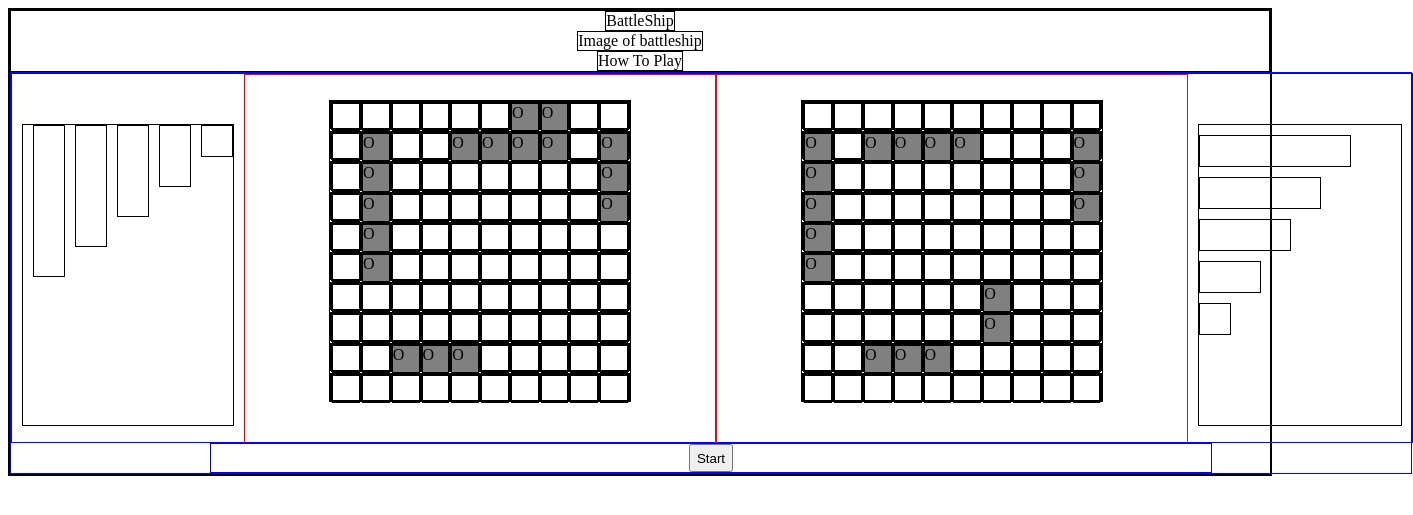
Repository: J-Haze/BattleshipApp
Page: /
An editor plug-in stored every save of this project. The page is shown before and after the next save, followed by the edit.
The browser window is 1280 px wide. The page is 1413 px wide, so the pictures cover 1413 px, including what lies to the right of the window. The pictures show the whole page.
The project was rebuilt for these pictures with package versions that can differ from the ones it lists, and the page was loaded fresh each time. Also part of the build but not shown: src/index.css.

Above is the page before, as saved 2020-09-23 20:49:18.

After the next save:
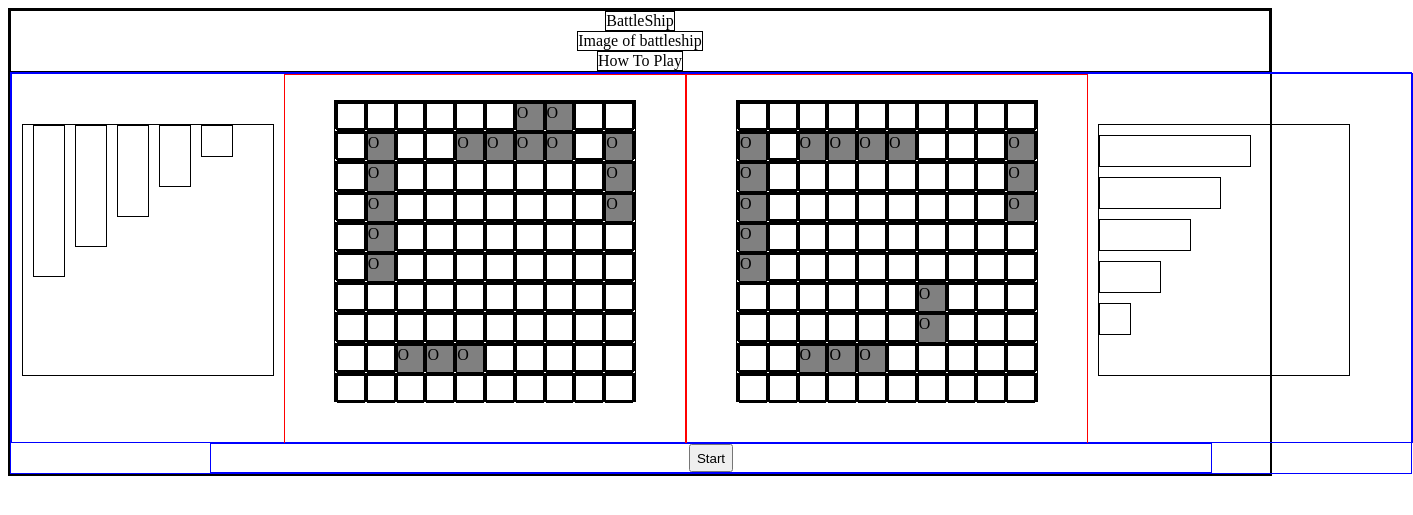
Saved 10 min 40 s later.
--- a/src/App.css
+++ b/src/App.css
@@ -33,7 +33,7 @@ div {
 }
 
 .column{
-    width: 50%;
+    width: 400px;
     height: 100%;
     border: 1px solid red;
 }
@@ -120,8 +120,8 @@ div {
 }
 
 .fleet-horizontal{
-    height: 300px;
-    width: 300px;
+    height: 250px;
+    width: 250px;
     margin-top: 50px;
     margin-left: 10px;
     margin-right: 10px;
@@ -154,8 +154,8 @@ div {
 
 .fleet-vertical{
     display: flex;
-    height: 300px;
-    width: 300px;
+    height: 250px;
+    width: 250px;
     margin-top: 50px;
     margin-left: 10px;
     margin-right: 10px;
@@ -189,3 +189,7 @@ div {
 .toggle{
     background-color: gray;
 }
+
+#setup{
+    border: 1px solid green;
+}
